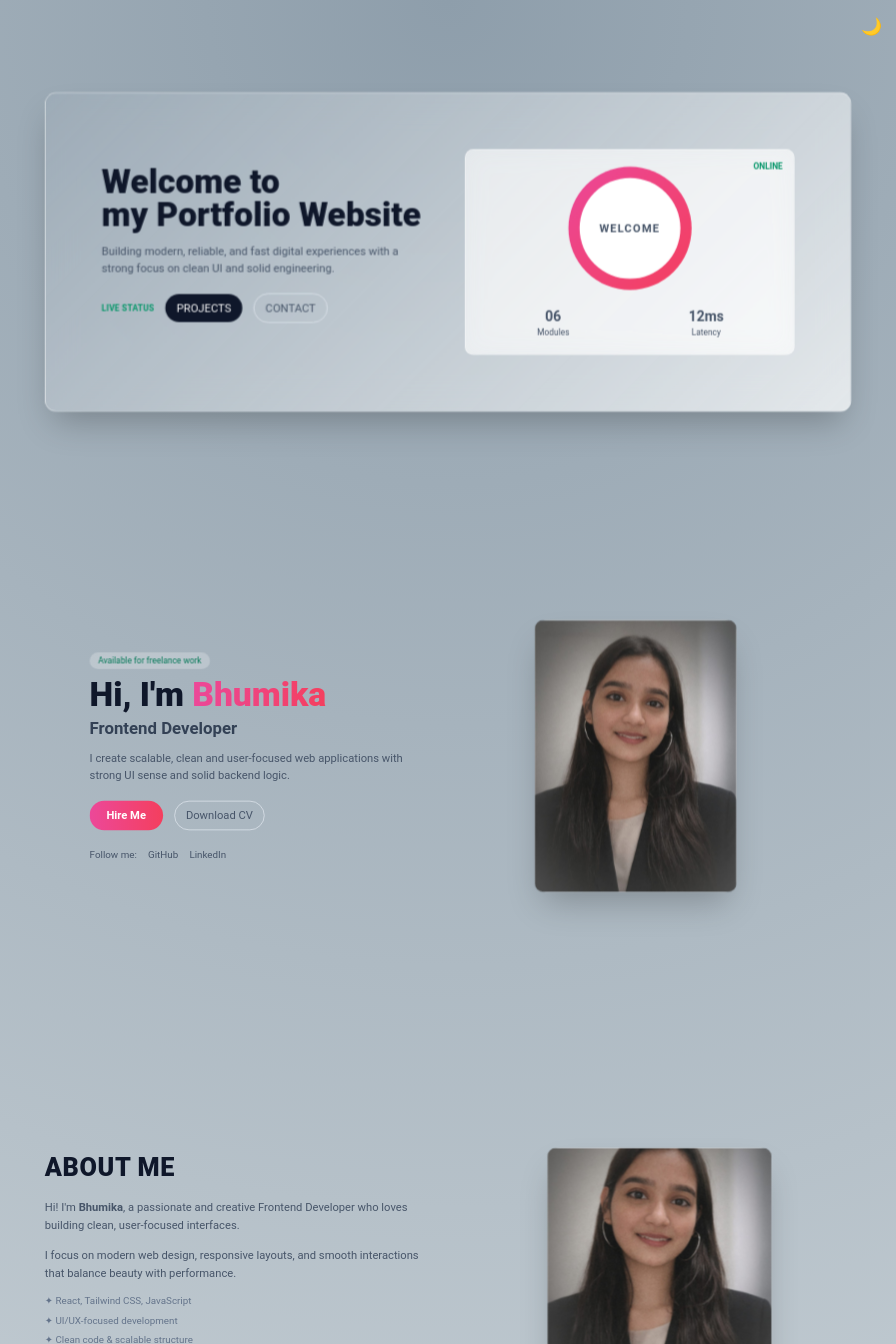
Repository: bhumikamourya/portfolio
Page: /
These files come from the project's save history. The page is drawn as it stood at one moment and after the next save; the edit follows.
The browser window is 1280 px wide. The pictures show the part of the page from y = 0 to 1920 px (the page is 5885 px tall), at 70% of full size.
Some web libraries are served in a nearby version. The project was rebuilt for these pictures with package versions that can differ from the ones it lists, and the page was loaded fresh each time.

Above is the page before, as saved 2026-01-31 16:30:12.

### src/styles/variables.css
:root {
  /*Background gradient (PAGE) */
  --bg-gradient-from: #8e9eab;
  --bg-gradient-to: #eef2f3;

  /*Glass / Card background (LIGHTER, SAME TONE) */
  --glass-from: rgba(158, 172, 184, 0.7);
  --glass-to: rgba(245, 247, 248, 0.8);

  /*Text colors */
  --heading-color: #0f172a;      /* slate-900 */
  --subheading-color: #334155;   /* slate-700 */
  --body-text-color: #475569;    /* slate-600 */
  --muted-text-color: #64748b;   /* slate-500 */

  /* Accent (brand highlight) */
  --accent-from: #ec4899; /* pink-500 */
  --accent-to: #f43f5e;   /* rose-500 */

  /* Status / success */
  --success-color: #059669; /* emerald-600 */

  /* Borders */
  --border-light: rgba(255, 255, 255, 0.4);

  /* Motion */
  --transition: all 0.4s ease;
}

/* Optional dark mode (future-proof, not active yet) */
.dark-mode {
  --bg-gradient-from: #1e293b;
  --bg-gradient-to: #020617;

  --glass-from: rgba(30, 41, 59, 0.7);
  --glass-to: rgba(15, 23, 42, 0.8);

  --heading-color: #f8fafc;
  --subheading-color: #e2e8f0;
  --body-text-color: #cbd5f5;
  --muted-text-color: #94a3b8;
}

### src/styles/App.css
* {
  margin: 0;
  padding: 0;
  box-sizing: border-box;
}

.reveal {
  opacity: 0;
  transform: translateY(40px);
  transition: opacity 0.8s ease, transition 0.6s ease;
}

.reveal.active {
  opacity: 1;
  transform: translateY(0);
}

/* child direction reveals */
.reveal-left,
.reveal-right {
  opacity: 0;
  transform: translateX(0);
  transition: transform 0.8s ease-out, opacity 0.8s ease-out;
}

.reveal-left {
  transform: translateX(-80px);
  transition-delay: 0.30s;
}

.reveal-right {
  transform: translateX(80px);
  transition-delay: 0.30s;
}

.reveal-left.active,
.reveal-right.active {
  opacity: 1;
  transform: translateX(0);
}


body {
  font-family: 'Roboto', sans-serif;
  background-image: radial-gradient(circle at top, var(--bg-gradient-from) 0%, var(--bg-gradient-to) 70%);
  color: var(--body-text-color);
}

.color-buttons {
  background-image: linear-gradient(to right, var(--accent-from), var(--accent-to));
  border: none;
}

.right-card {
  background: rgba(255, 255, 255, 0.6);
  border-color: var(--border-light);
  backdrop-filter: blur(16px);
}

.app {
  min-height: 100vh;
}

.text-accent {
  background: linear-gradient(to right, var(--accent-from), var(--accent-to));
  -webkit-background-clip: text;
  -webkit-text-fill-color: transparent;
}

.card-bg {
  background-image:
    linear-gradient(135deg,
      var(--glass-from),
      var(--glass-to));
  backdrop-filter: blur(22px);
  border: 1px solid var(--border-light);
}

.skill-cards {
  background-image: linear-gradient(135deg, var(--border-light), var(--border-light));
  backdrop-filter: blur(72px);
  border: 1px solid var(--border-light);
}

.heading {
  color: var(--heading-color);
}

.subheading {
  color: var(--subheading-color);
}

.tags {
  background: rgba(255, 255, 255, 0.25);
  color: var(--subheading-color);
}

ul {
  color: var(--muted-text-color);
}
.theme-toggle {
  position: fixed;
  top: 20px;
  right: 20px;
  z-index: 1000;
  background: none;
  border: none;
  font-size: 1.5rem;
  cursor: pointer;
}

/* responsive */
@media (max-width: 768px) {
  .container {
    padding: 0 10px;
  }

  .reveal-left,
  .reveal-right {
    transform: translateY(40px);
  }

  .reveal-left.active,
  .reveal-right.active {
    transform: translateY(0);
  }
}

### src/contexts/ThemeContext.js
import React, { createContext, useState, useEffect } from 'react';

export const ThemeContext = createContext();

export const ThemeProvider = ({ children }) => {
  const [isDarkMode, setIsDarkMode] = useState(false);

  useEffect(() => {
    const savedTheme = localStorage.getItem('theme');
    if (savedTheme === 'dark') {
      setIsDarkMode(true);
      document.body.classList.add('dark-mode');
    }
  }, []);

  const toggleTheme = () => {
    setIsDarkMode(!isDarkMode);
    if (!isDarkMode) {
      document.body.classList.add('dark-mode');
      localStorage.setItem('theme', 'dark');
    } else {
      document.body.classList.remove('dark-mode');
      localStorage.setItem('theme', 'light');
    }
  };

  return (
    <ThemeContext.Provider value={{ isDarkMode, toggleTheme }}>
      {children}
    </ThemeContext.Provider>
  );
};

### src/components/ThemeToggle.js
import React, { useContext } from 'react';
import { ThemeContext } from '../contexts/ThemeContext';

const ThemeToggle = () => {
  const { isDarkMode, toggleTheme } = useContext(ThemeContext);

  return (
    <button className="theme-toggle" onClick={toggleTheme} >
      {isDarkMode ? '☀️' : '🌙'}
    </button>
  );
};

export default ThemeToggle;

### src/components/Welcome.jsx
import React from "react";


const Welcome = () => {
    const scrollToSection = (id) => {
        document.getElementById(id).scrollIntoView({ behavior: "smooth" });
    };
    return (
        <section
            className=" min-h-screen flex items-center justify-center px-6"
        >
            <div
                className="relative w-full max-w-6xl rounded-2xl shadow-2xl p-20 card-bg"
            >
                <div className="grid md:grid-cols-2 gap-12 items-center">

                    <div className="reveal-left">

                        <h1
                            className="text-4xl md:text-5xl font-extrabold leading-tight mb-4 heading">
                            Welcome to <br /> my Portfolio Website
                        </h1>
                        <p
                            className="max-w-md mb-6">
                            Building modern, reliable, and fast digital experiences with a
                            strong focus on clean UI and solid engineering.
                        </p>
                        <div className="flex items-center gap-4 mb-6 ">
                            <span className="text-xs font-semibold text-emerald-600 tracking-wide">LIVE STATUS</span>
                            <button
                                onClick={() => scrollToSection("projects")}
                                className="px-4 py-2 rounded-full bg-slate-900 text-white hover:bg-slate-800 transition"
                            >
                                PROJECTS
                            </button>
                            <button
                                onClick={() => scrollToSection("contact")}
                                className="px-4 py-2 rounded-full border border-slate-200 hover:bg-slate-100 transition"
                            >
                                CONTACT
                            </button>
                        </div>

                        {/* <button

                            className="px-8 py-3 rounded-full text-white font-semibold transition hover:scale-105 color-buttons"
                        >
                        Portfolio →
                        </button> */}
                    </div>

                    {/* RIGHT SYSTEM CARD */}
                    <div
                        className="relative rounded-xl p-6 border right-card"
                    >
                        <span
                            className="absolute top-4 right-4 text-xs font-semibold text-emerald-600"
                        >
                            ONLINE
                        </span>

                        <div className="flex items-center justify-center mb-6">
                            <div
                                className="relative w-44 h-44 rounded-full flex items-center justify-center "
                                style={{
                                    background:
                                        "linear-gradient(to bottom right, var(--accent-from), var(--accent-to))",
                                }}
                            >
                                <div className="absolute inset-4 rounded-full bg-white flex items-center justify-center text-s tracking-widest font-bold text-slate-600">
                                    WELCOME
                                </div>
                            </div>
                        </div>

                        <div className="grid grid-cols-2 gap-4 text-center">
                            <div>
                                <p className="text-xl font-bold">06</p>
                                <p className="text-xs text-slate-600">Modules</p>
                            </div>
                            <div>
                                <p className="text-xl font-bold">12ms</p>
                                <p className="text-xs text-slate-600">Latency</p>
                            </div>
                        </div>
                    </div>

                </div>
            </div>
        </section>
    );
};

export default Welcome;

### src/components/Hero.js
import React from "react";
const Hero = () => {
  return (
    <section
      id="hero"
      className=" reveal min-h-screen flex items-center justify-center px-6"
    >
      <div
        className="relative w-full max-w-6xl rounded-3xl p-16"
      >
        <div className="grid md:grid-cols-2 gap-12 items-center">

          {/* LEFT CONTENT */}
          <div className="reveal-left">
            <span
              className="inline-block mb-3 text-xs px-3 py-1 rounded-full font-semibolds text-emerald-700 right-card tags"
            >
              Available for freelance work
            </span>

            <h1
              className="text-4xl md:text-5xl font-extrabold leading-tight mb-2 heading"
            >
              Hi, I'm{" "}
              <span className="text-accent"
              >
                Bhumika
              </span>
            </h1>
            <h2
              className="text-xl md:text-2xl font-semibold mb-4 subheading"
            >
              Frontend Developer
            </h2>

            <p
              className="max-w-md mb-6"
            >
              I create scalable, clean and user-focused web applications with
              strong UI sense and solid backend logic.
            </p>

            <div className="flex gap-4 mb-6">
              <button
                className="px-6 py-2 rounded-full text-white font-semibold transition hover:scale-105 color-buttons"
              >
                Hire Me
              </button>

              <button
                className="px-4 py-2 rounded-full border border-slate-200  hover:bg-slate-100 transition ">
                Download CV
              </button>
            </div>

            <div className="flex items-center gap-4 text-sm">
              <span>Follow me:</span>
              <a href="https://github.com/bhumikamourya"
              className="cursor-pointer hover:underline cursor-pointer">GitHub</a>
              <a href="https://www.linkedin.com/in/bhumika-mourya-bb94672a4/"
              className="cursor-pointer hover:underline cursor-pointer">LinkedIn</a>
              {/* <a href="" className="cursor-pointer hover:underline cursor-pointer">Instagram</a> */}
            </div>
          </div>

          {/* RIGHT IMAGE CARD */}
          <div className="flex justify-center">
            <div
              className="relative rounded-2xl right-card shadow-2xl"
            >
              <img
                src="/assets/profile.jpeg"
                alt="Developer illustration"
                className="w-72 h-70 object-cover rounded-xl"
              />
            </div>
          </div>

        </div>
      </div>
    </section>
  );
};

export default Hero;

### src/components/About.js
import React from "react";


const About = () => {
  return (
    <section
      id="about"
      className="reveal min-h-screen flex items-center justify-center px-6"
    >
      <div
        className="relative w-full max-w-6xl rounded-3xl"
      >
        <div className="grid md:grid-cols-2 gap-14 items-center">

          {/* LEFT CONTENT */}
          <div className="reveal-left">
            <h2
              className="text-3xl md:text-4xl font-extrabold mb-6 tracking-wide heading"
            >
              ABOUT ME
            </h2>

            <p
              className="mb-4 leading-relaxed"
            >
              Hi! I'm <span className="font-semibold">Bhumika</span>, a passionate
              and creative Frontend Developer who loves building clean,
              user-focused interfaces.
            </p>

            <p
              className="mb-4 leading-relaxed"
            >
              I focus on modern web design, responsive layouts, and smooth
              interactions that balance beauty with performance.
            </p>

            <ul
              className="space-y-2 text-sm"
            >
              <li>✦ React, Tailwind CSS, JavaScript</li>
              <li>✦ UI/UX-focused development</li>
              <li>✦ Clean code & scalable structure</li>
              <li>✦ Always learning new technologies</li>
            </ul>
          </div>

          {/* RIGHT AVATAR CARD */}
          <div className=" flex justify-center reveal-right ">
            <div
              className="relative rounded-2xl right-card shadow-2xl"
            >
              <img
                src="/assets/profile.jpeg"
                alt="Avatar"
                className="w-80 h-80 object-cover rounded-xl"
              />
            </div>
          </div>


        </div>
      </div>
    </section>
  );
};

export default About;

### src/components/Skills.js
import React from 'react';

const Skills = () => {
  const skills = [
    { name: 'HTML5', icon: '/assets/html.png' },
    { name: 'CSS3', icon: '/assets/css.png' },
    { name: 'JavaScript (ES6+)', icon: '/assets/js.webp' },
    { name: 'React', icon: '/assets/react.png' },
    { name: 'Redux', icon: '/assets/redux.png' },
    { name: 'Node.js', icon: '/assets/nodejs.png' },
    { name: 'Express.js', icon: '/assets/express.png' },
    { name: 'RESTful APIs', icon: '/assets/restful-api.png' },
    { name: 'Authentication (Passport.js, JWT)', icon: '/assets/authentication.png' },
    { name: 'MongoDB', icon: '/assets/mongoDB.png' },
    { name: 'Mongoose', icon: '/assets/mongoose.png' },
    { name: 'Git', icon: '/assets/git.png' },
    { name: 'GitHub', icon: '/assets/github.png' },
    { name: 'Postman', icon: '/assets/postman.png' },
    { name: 'Thunder Client', icon: '/assets/thunderClient.png' },
    { name: 'VS Code', icon: '/assets/VS-Code.png' },
    { name: 'Chrome DevTools', icon: '/assets/chrome-dev-tool.png' },
  ];

  return (
    <section
      id="skills"
      className=" reveal min-h-screen flex items-center justify-center px-6 transition-colors duration-500"
    >
      <div
        className="relative w-full max-w-6xl rounded-3xl p-16"
      >
        <h2
          className="text-3xl md:text-4xl font-extrabold mb-10 text-center heading"
        >
          SKILLS
        </h2>

        <div className="grid grid-cols-2 sm:grid-cols-3 md:grid-cols-4 lg:grid-cols-5 gap-8">
          {skills.map((skill, index) => (
            <div
              key={index}
              className="flex flex-col items-center justify-center p-4 rounded-2xl transition-transform duration-300 hover:scale-105 skill-cards"
            >
              <img
                src={skill.icon}
                alt={skill.name}
                className="w-14 h-14 mb-2 object-contain"
              />
              <p
                className="text-sm font-semibold text-center"
              >
                {skill.name}
              </p>
            </div>
          ))}
        </div>
      </div>
    </section>
  );
};

export default Skills;

### src/utils/scrollReveal.js
export const initScrollReveal = () => {
    const elements = document.querySelectorAll(".reveal, .reveal-left, .reveal-right");

    const observer = new IntersectionObserver(
      (entries) => {
        entries.forEach((entry) => {
          if (entry.isIntersecting) {
            entry.target.classList.add("active");
          }
        });
      },
      { threshold: 0.15 }
    );

    elements.forEach((el) => observer.observe(el));

};

### src/components/ProjectCard.js
import React from 'react';

const ProjectCard = ({ title, description, tech, github, demo, image }) => {
  return (
    <div
      className="rounded-2xl overflow-hidden shadow-xl transition-transform duration-300 hover:-translate-y-2 card-bg"
    >
      {/* IMAGE */}
      <div className="h-44 bg-black/20 flex items-center justify-center">
        <img
          src={image}
          alt={title}
          className="h-full w-full object-cover"
        />
      </div>

      {/* CONTENT */}
      <div className="p-6">
        <h3
          className="text-lg font-bold mb-2 heading">
          {title}
        </h3>

        <p
          className="text-sm mb-4 leading-relaxed"
        >
          {description}
        </p>

        {/* TECH TAGS */}
        <div className="flex flex-wrap gap-2 mb-5">
          {tech.map((item, index) => (
            <span
              key={index}
              className="text-xs px-3 py-1 rounded-full tags"
            >
              {item}
            </span>
          ))}
        </div>

        {/* LINKS */}
        <div className="flex gap-3">
          <a
            href={github}
            rel="noreferrer"
            className="px-4 py-2 text-white text-xs font-semibold rounded-full transition  color-buttons"

          >
            GitHub
          </a>

          {demo && (
            <a
              href={demo}
              target="_blank"
              rel="noreferrer"
              className="px-4 py-2 text-xs font-semibold bg-white rounded-full border transition"
            >
              Live Demo
            </a>
          )}
        </div>
      </div>
    </div>
  );
};

export default ProjectCard;

Loaded but not shown: public/index.html (common file); src/index.js (common file); src/App.js (common file); src/index.css (common file); tailwind.config.js (common file); src/components/Contact.js (118 lines, source omitted); src/components/Projects.js (107 lines, source omitted); src/components/FeaturesServices.js (77 lines, source omitted)

After the next save:
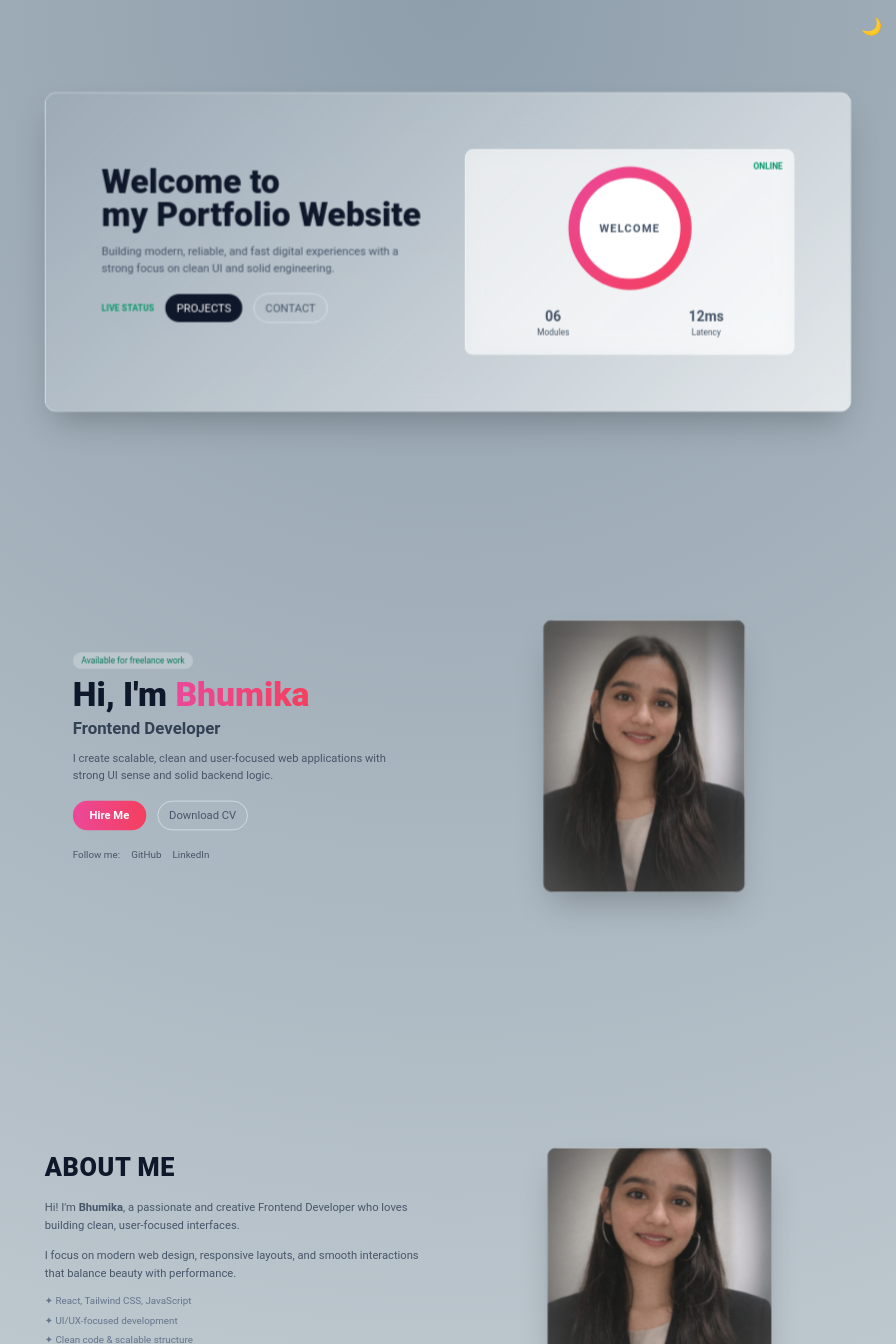
Saved 33 s later.
--- a/src/components/Hero.js
+++ b/src/components/Hero.js
@@ -6,7 +6,7 @@
       className=" reveal min-h-screen flex items-center justify-center px-6"
     >
       <div
-        className="relative w-full max-w-6xl rounded-3xl p-16"
+        className="relative w-full max-w-6xl rounded-3xl p-10"
       >
         <div className="grid md:grid-cols-2 gap-12 items-center">
 

After the save that followed:
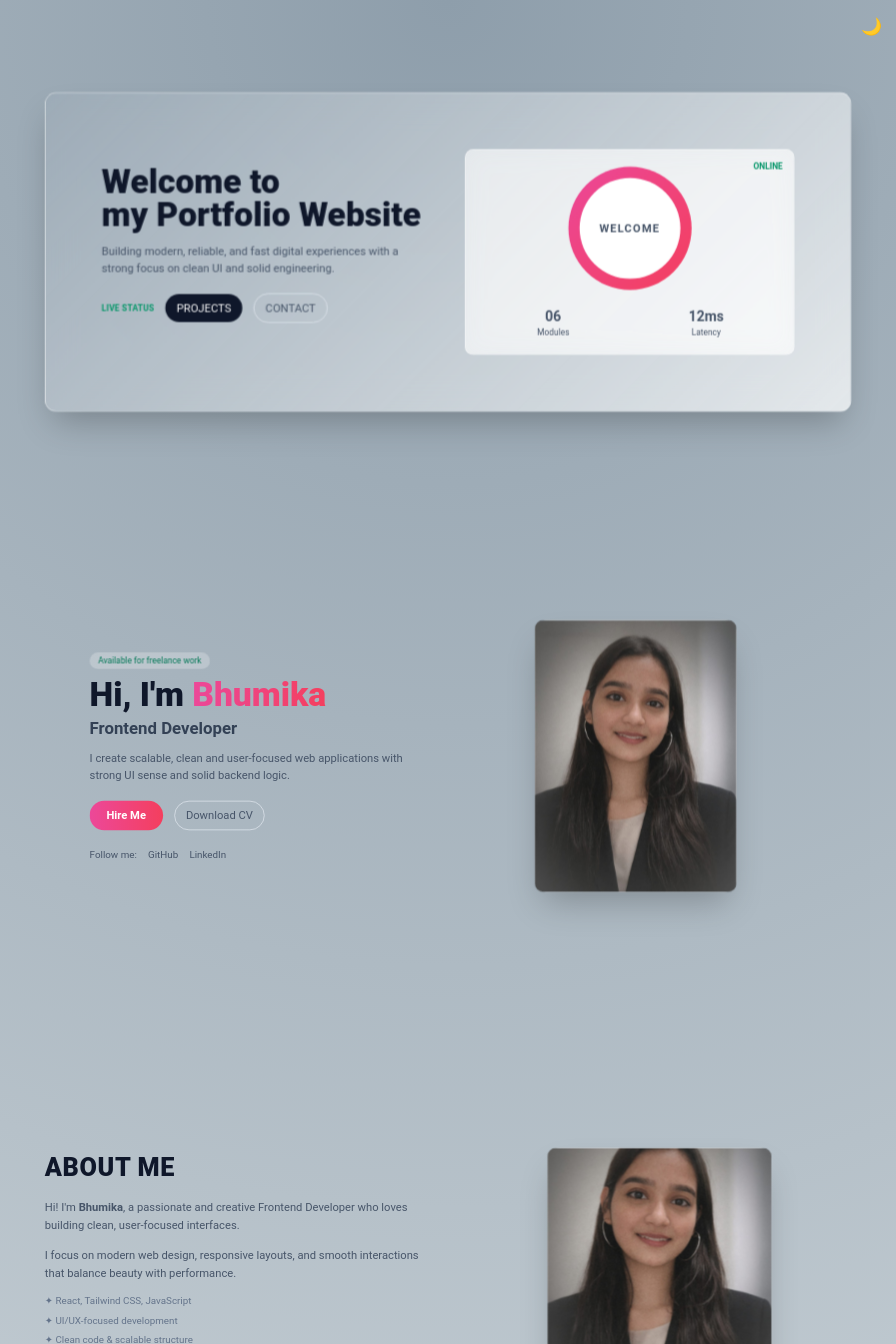
Saved 35 s later.
--- a/src/components/Hero.js
+++ b/src/components/Hero.js
@@ -6,7 +6,7 @@
       className=" reveal min-h-screen flex items-center justify-center px-6"
     >
       <div
-        className="relative w-full max-w-6xl rounded-3xl p-10"
+        className="relative w-full max-w-6xl rounded-3xl p-16"
       >
         <div className="grid md:grid-cols-2 gap-12 items-center">
 
